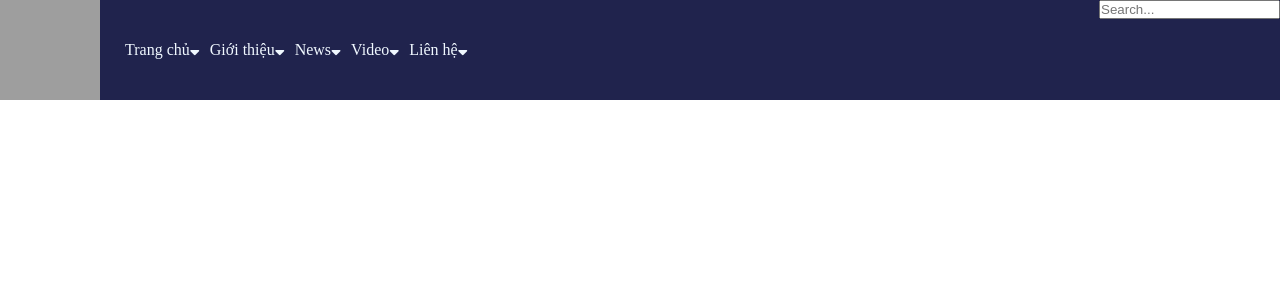
Repository: Luong-tung/newtopics
Page: index2.html
An editor plug-in stored every save of this project. The page is shown before and after the next save, followed by the edit.
The browser window is 1280 px wide. The pictures show the whole page.
Pictures or frames that could not be fetched are drawn as grey boxes. Some web libraries are served in a nearby version.

Above is the page before, as saved 2021-10-07 18:02:41.

After the next save:
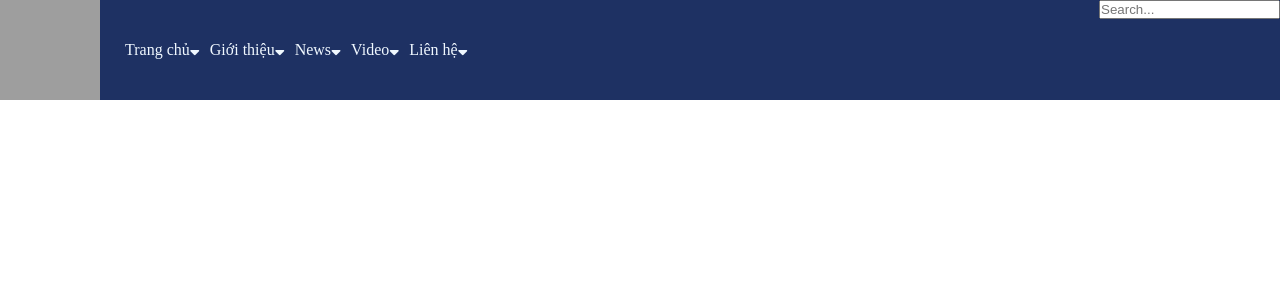
Saved 2 min 54 s later.
--- a/iu2.css
+++ b/iu2.css
@@ -6,7 +6,7 @@
 .header{
     width: 100%;
     height: 100px;
-    background: rgb(32, 35, 77);
+    background:#1E3163;
     display: flex;
     justify-content: space-between;
 
@@ -30,6 +30,10 @@
     list-style: none;
     cursor: pointer;
     margin: 0px 5px;
+}
+.header .logo ul li:hover{
+    background:#fff;
+    color:#2D46B9;
 
 
 }
